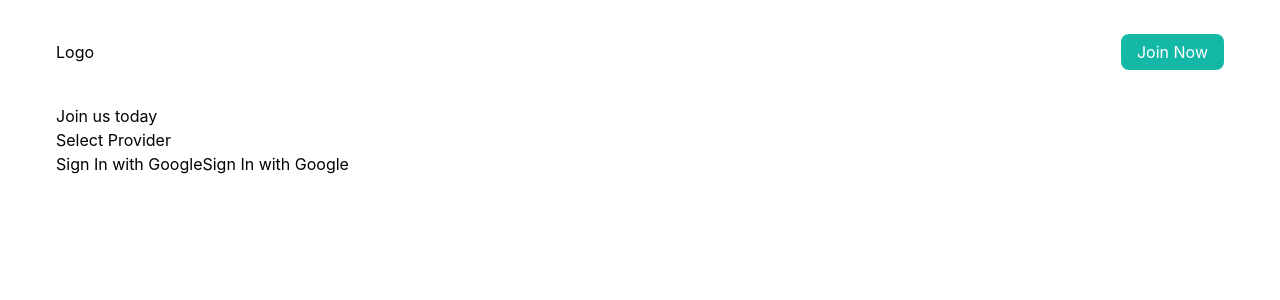
Repository: arafatmollah/auth-app
Page: /auth/login
An editor plug-in stored every save of this project. The page is shown before and after a run of saves, followed by the edit.
The browser window is 1280 px wide. The pictures show the whole page.
The project was rebuilt for these pictures with package versions that can differ from the ones it lists, and the page was loaded fresh each time. The framework's server and built-in components were replaced by stand-ins that run in the browser. Also part of the build but not shown: next.config.js.

Above is the page before, as saved 2022-10-03 21:02:27.

### pages/_app.js
import '../styles/globals.css'
import Layout from '../components/Layout'

function MyApp({ Component, pageProps }) {
 return(
  <Layout>
  <Component {...pageProps} />
 </Layout>
 )
}

export default MyApp

### pages/auth/login.js
import React from 'react'

export default function () {
  return (
    <div>
        <h2>Join us today</h2>
        <div>
            <p>Select Provider</p>
            <div>
                <button className=''>Sign In with Google</button>
                <button>Sign In with Google</button>
            </div>
        </div>
    </div>
  )
}

### components/Layout.js
import React from 'react'
import Nav from './Nav'

export default function Layout({children}) {
  return (
    <div className='mx-14'>
       <Nav></Nav>
        <main>
        {children}
        </main>
        </div>
  )
}

### components/Nav.js
import React from 'react'
import Link from 'next/link'

function Nav() {
  return (
    <div>
        <nav className='flex justify-between items-center py-10'>
        <Link href="/">Logo</Link>
        <ul>
            <Link href="/auth">
            <a className='py-2 px-4 bg-teal-500 my-5 rounded-lg text-white'>Join Now</a>
            </Link>
        </ul>
        </nav>
    </div>
  )
}

export default Nav

Loaded but not shown: styles/globals.css (common file); tailwind.config.js (common file)

After the next 4 saves:
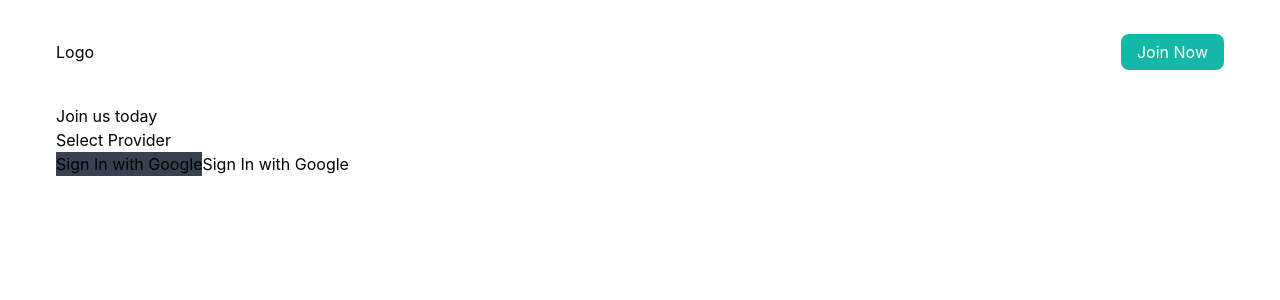
The 4 saves are shown as one change because they came seconds apart.
The last was saved 27 s later.
--- a/pages/auth/login.js
+++ b/pages/auth/login.js
@@ -7,7 +7,7 @@ export default function () {
         <div>
             <p>Select Provider</p>
             <div>
-                <button className=''>Sign In with Google</button>
+                <button className='bg-gray-700 '>Sign In with Google</button>
                 <button>Sign In with Google</button>
             </div>
         </div>
